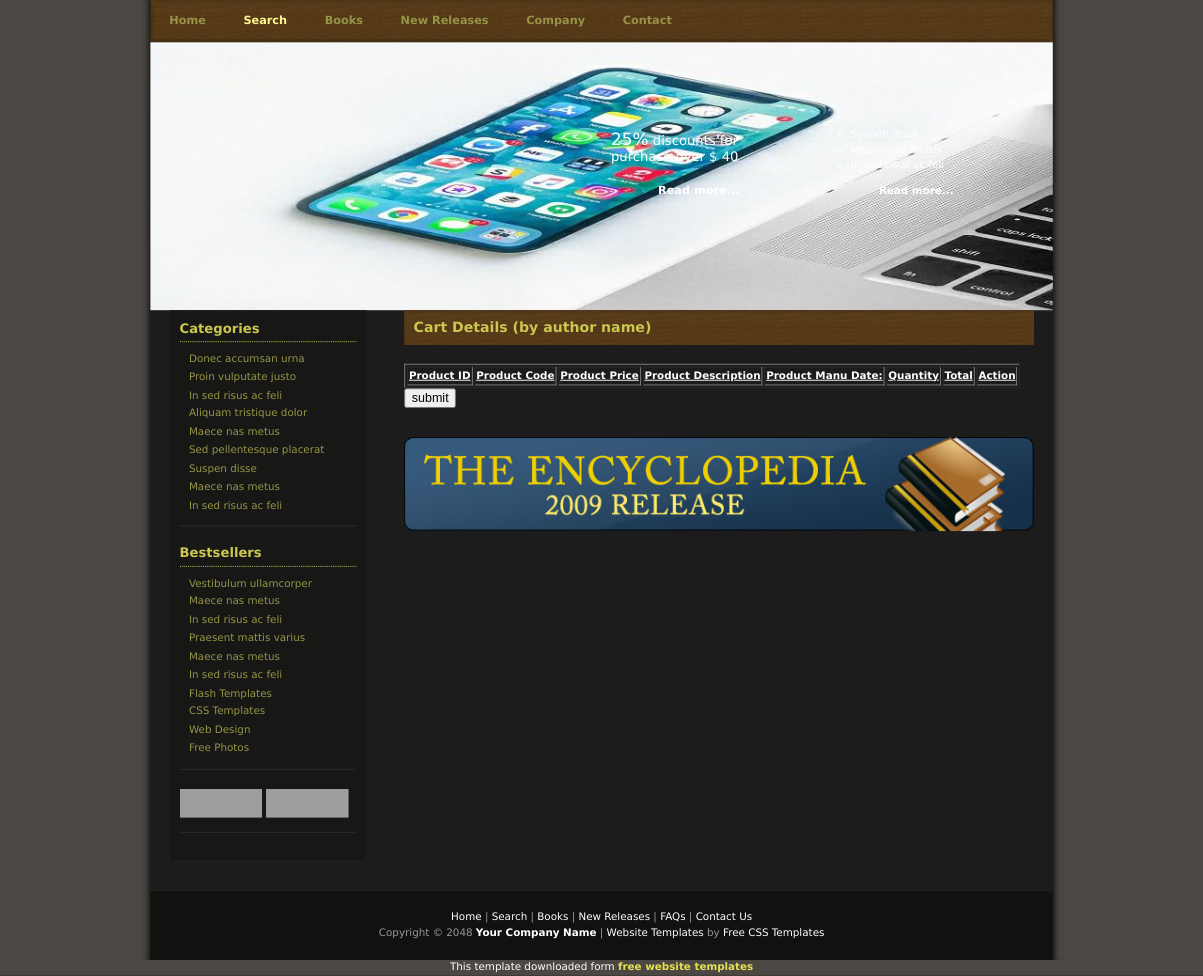
Repository: priyankamergu/MyAllProjects
Page: http://localhost/OnlineShopping/addToCart.jsp
These files come from the project's save history. The page is drawn as it stood at one moment and after the next save; the edit follows.
The browser window is 1280 px wide. The pictures show the whole page, at 94% of full size.
Pictures or frames that could not be fetched are drawn as grey boxes. The page is served by Tomcat 9. The template is opened directly, without the code that normally fills it, so the values that code supplies are empty.

Above is the page before, as saved 2019-11-22 07:53:38.

After the next save:
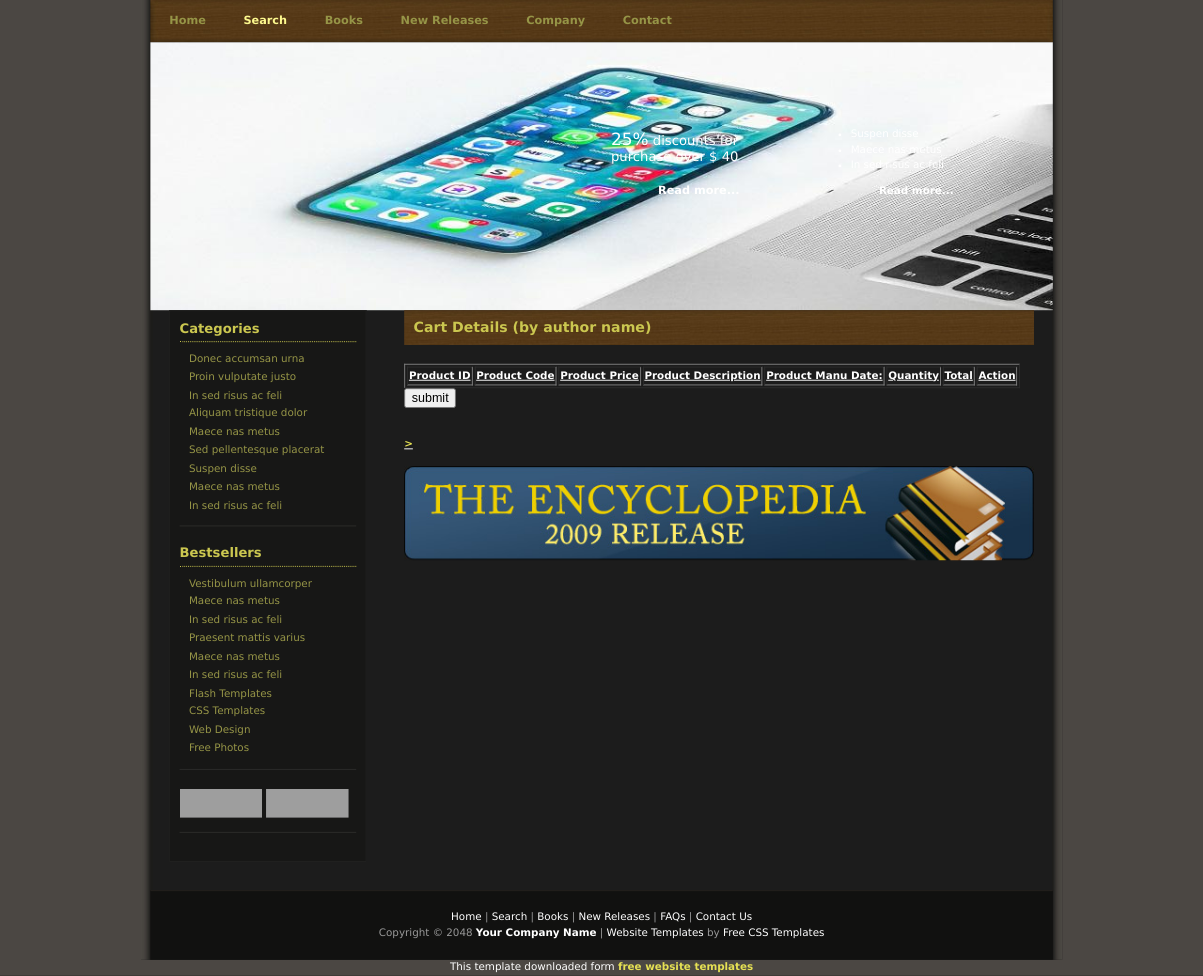
Saved 5 s later.
--- a/Workspace_JEE7_WEB/OnlineShopping/WebContent/addToCart.jsp
+++ b/Workspace_JEE7_WEB/OnlineShopping/WebContent/addToCart.jsp
@@ -157,7 +157,7 @@
 				</form>
 				<input type="submit" value ="submit"/>
 				<br><br>
-				<h4><u><a href="ProductDatabaseController" Back></a></u></h4></a>
+				<h4><u><a href="ProductDatabaseController" Back>></u></h4></a>
 
 
 				<a href="index.html"><img src="images/templatemo_ads.jpg" alt="css template ad" /></a>

After the 2 saves that followed:
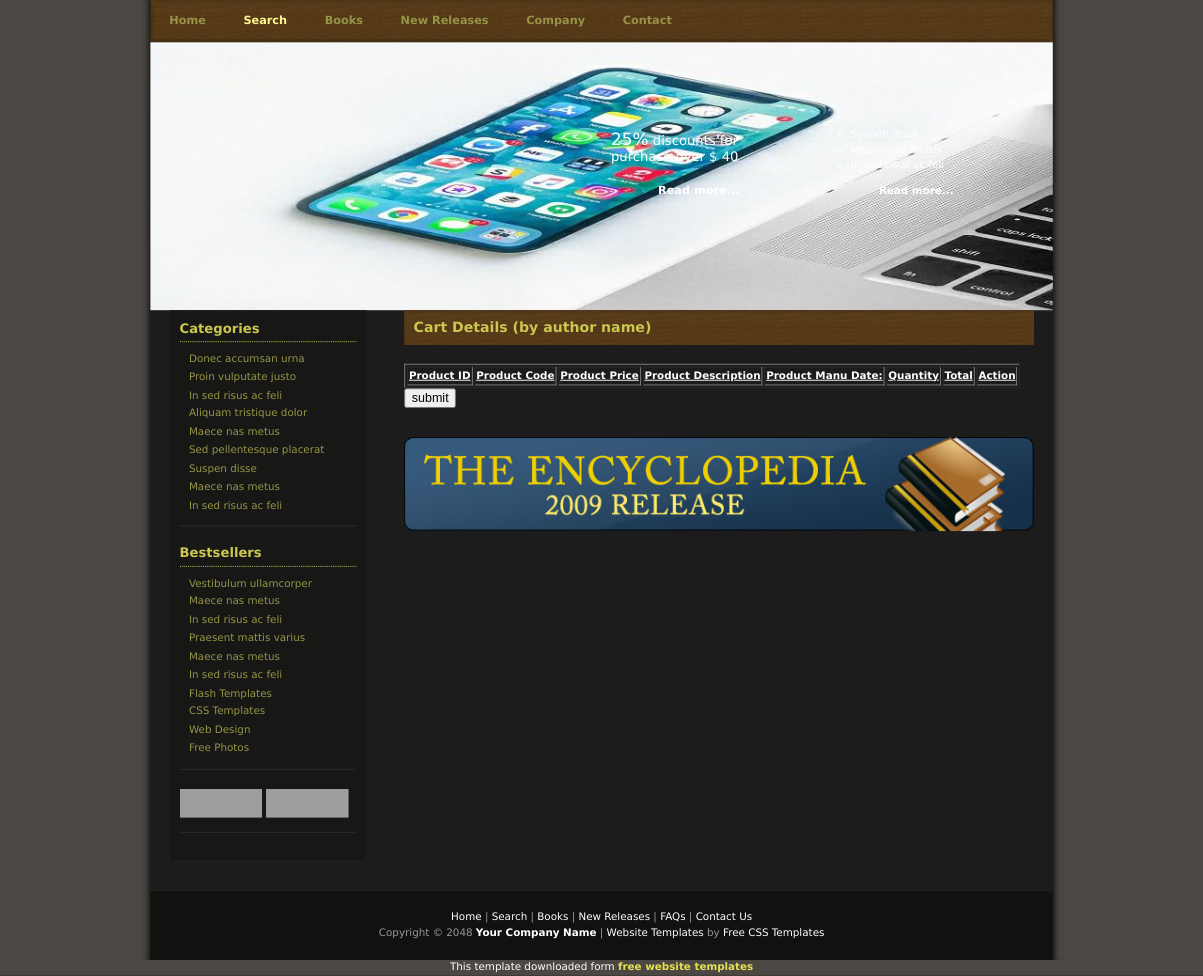
The 2 saves are shown as one change because they came seconds apart.
The last was saved 23 s later.
--- a/Workspace_JEE7_WEB/OnlineShopping/WebContent/addToCart.jsp
+++ b/Workspace_JEE7_WEB/OnlineShopping/WebContent/addToCart.jsp
@@ -157,7 +157,7 @@
 				</form>
 				<input type="submit" value ="submit"/>
 				<br><br>
-				<h4><u><a href="ProductDatabaseController" Back>></u></h4></a>
+				<h4><u><a href="ProductDatabaseController" Back></a></u></h4>
 
 
 				<a href="index.html"><img src="images/templatemo_ads.jpg" alt="css template ad" /></a>
